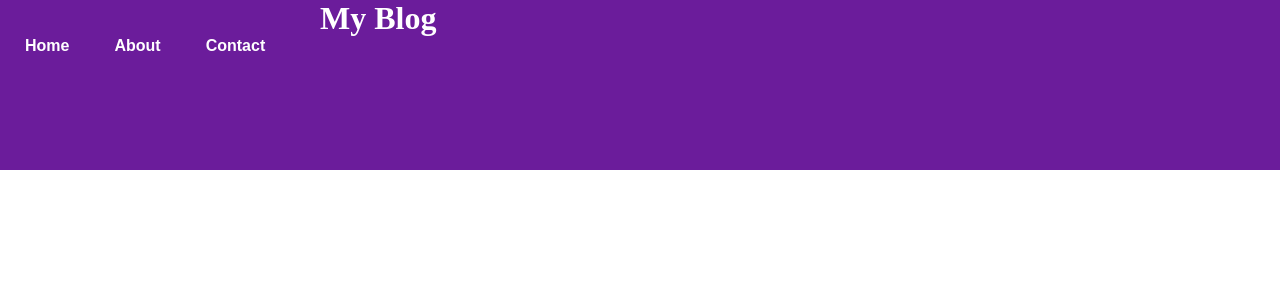
Repository: Femi007-gh/BLOG
Page: index.html
An editor plug-in stored every save of this project. The page is shown before and after a run of saves, followed by the edit.
The browser window is 1280 px wide. The pictures show the whole page.

Above is the page before, as saved 2025-01-08 07:02:12.

After the next 3 saves:
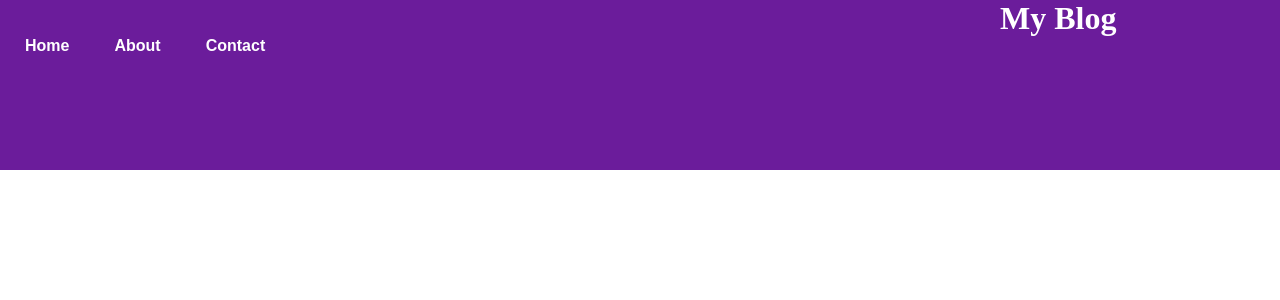
The 3 saves are shown as one change because they came seconds apart.
The last was saved 13 s later.
--- a/style.css
+++ b/style.css
@@ -17,7 +17,7 @@ header {
 }
 
 header h1 {
-  margin-left: 320px;
+  margin-left: 1000px;
 }
 
 nav ul {
